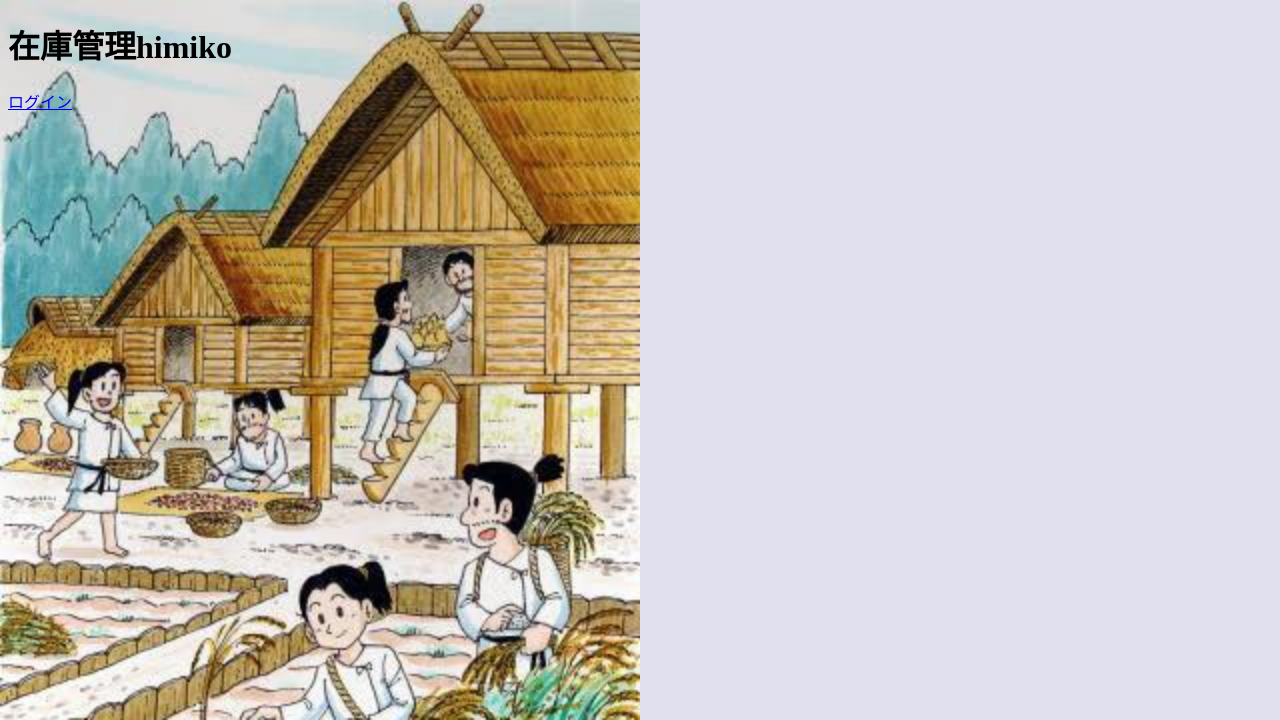
Repository: e1b19110/super
Page: src/main/resources/static/index.html
These files come from the project's save history. The page is drawn as it stood at one moment and after the next save; the edit follows.
The browser window is 1280 px wide. The pictures show the whole page.

Above is the page before, as saved 2021-12-07 17:18:38.

### src/main/resources/static/index.html
<!DOCTYPE html>
<html>

<head>
  <meta charset="utf-8">
  <title>Super</title>
  <style>
    body {
      background-image: url(img/souko.png);
      background-repeat:no-repeat;
      background-size: 50%;
      }
    </style>
</head>

<body bgcolor="#e0e0ee">
  <h1>在庫管理himiko</h1>
<a href="/himiko/login">ログイン</a>

</body>

</html>

After the next save:
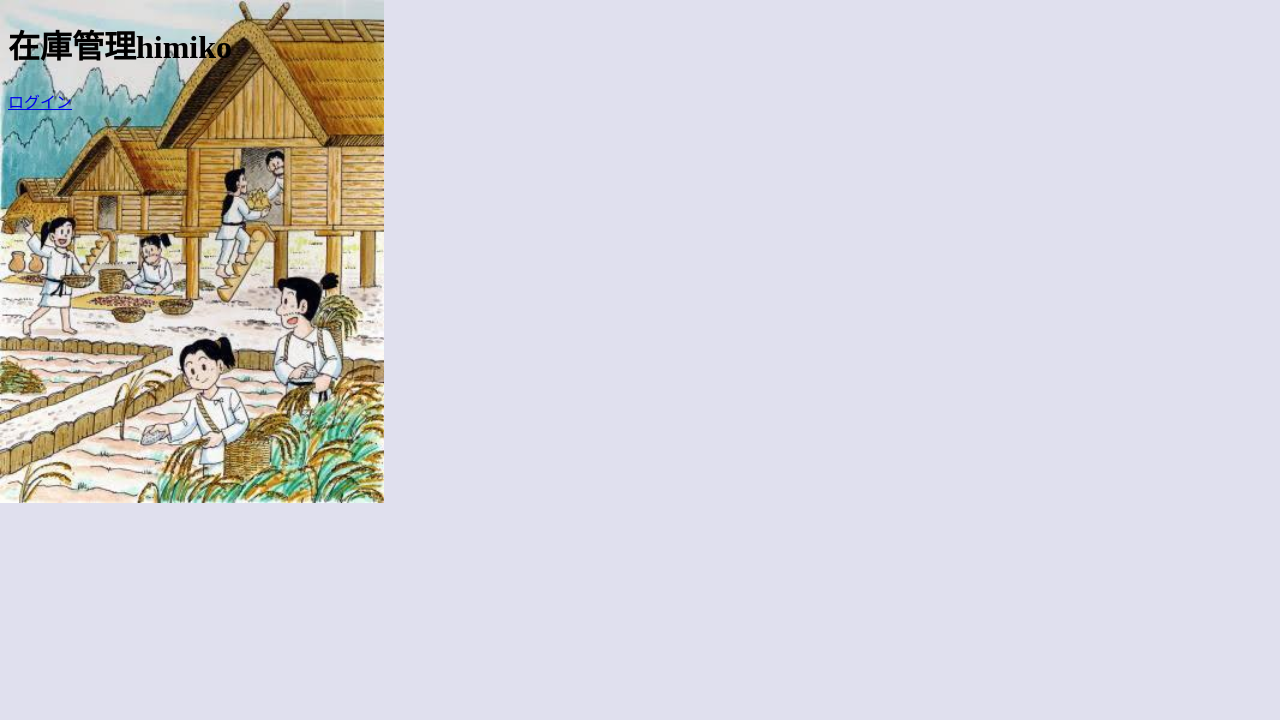
Saved 12 s later.
--- a/src/main/resources/static/index.html
+++ b/src/main/resources/static/index.html
@@ -8,7 +8,7 @@
     body {
       background-image: url(img/souko.png);
       background-repeat:no-repeat;
-      background-size: 50%;
+      background-size: 30%;
       }
     </style>
 </head>
